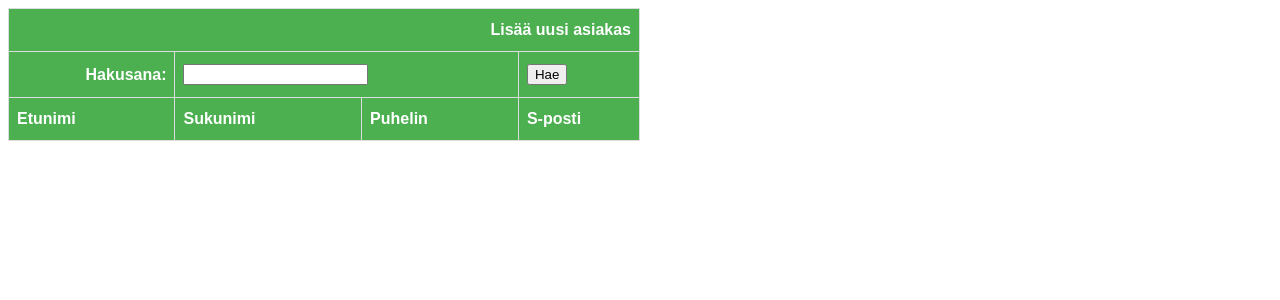
Repository: Lateh13/Asiakkaat
Page: http://localhost/Asiakkaat/listaaasiakkaat.jsp
These files come from the project's save history. The page is drawn as it stood at one moment and after the next save; the edit follows.
The browser window is 1280 px wide. The pictures show the whole page.
The page is served by Tomcat 9. Queries for data that is not in the repository find no rows.

Above is the page before, as saved 2020-04-29 16:21:24.

After the next save:
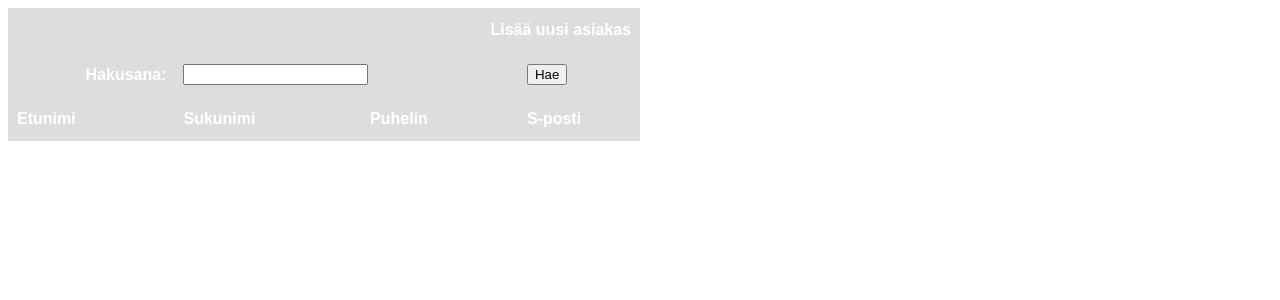
Saved 3 min 32 s later.
--- a/Asiakkaat/WebContent/css/main.css
+++ b/Asiakkaat/WebContent/css/main.css
@@ -24,17 +24,11 @@ table th {
   text-align: left;
   background-color: #4CAF50;
   color: white;
-}
-
-.poista{
-	color: red;
-	text-decoration: underline;
-	cursor: pointer;
+  background-color: #ddd;
 }
 
 .oikealle{
 	text-align: right;
-
 }
 
 #uusiAsiakas, #takaisin{
